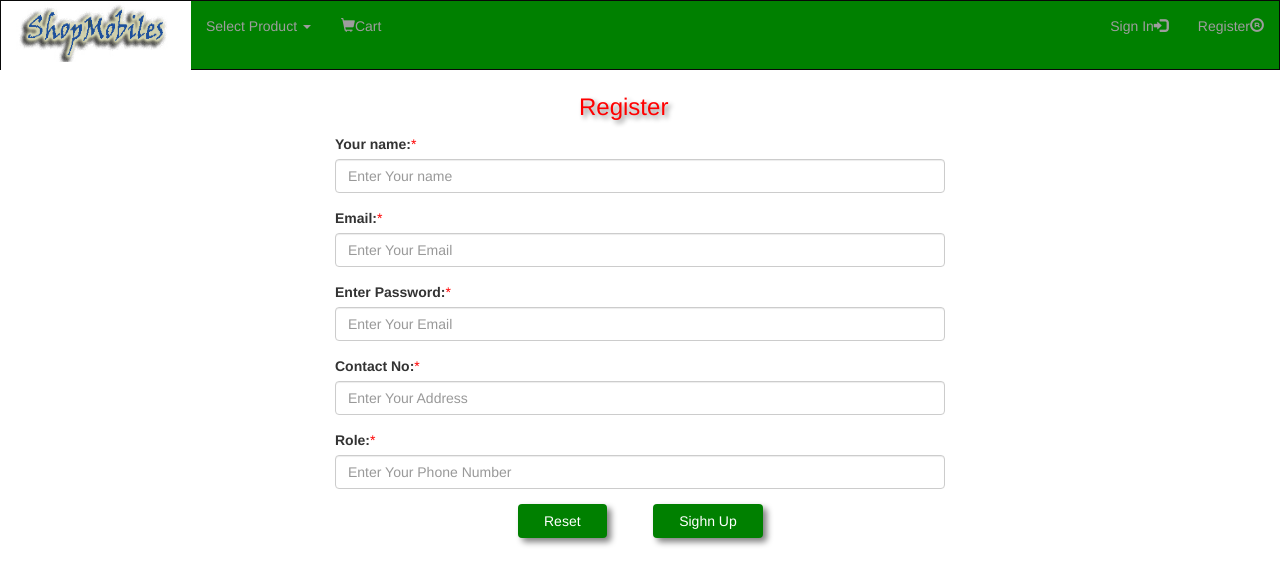
Repository: KoustabhBiswas/Final-Ecommerce-Project
Page: http://localhost/ecommerce1/WEB-INF/views/register.jsp
These files come from the project's save history. The page is drawn as it stood at one moment and after the next save; the edit follows.
The browser window is 1280 px wide. The pictures show the whole page.
Some web libraries are served in a nearby version. The page is served by Tomcat 9. Nobody is signed in. The template is opened directly, without the code that normally fills it, so the values that code supplies are empty.

Above is the page before, as saved 2017-09-17 12:19:13.

After the next save:
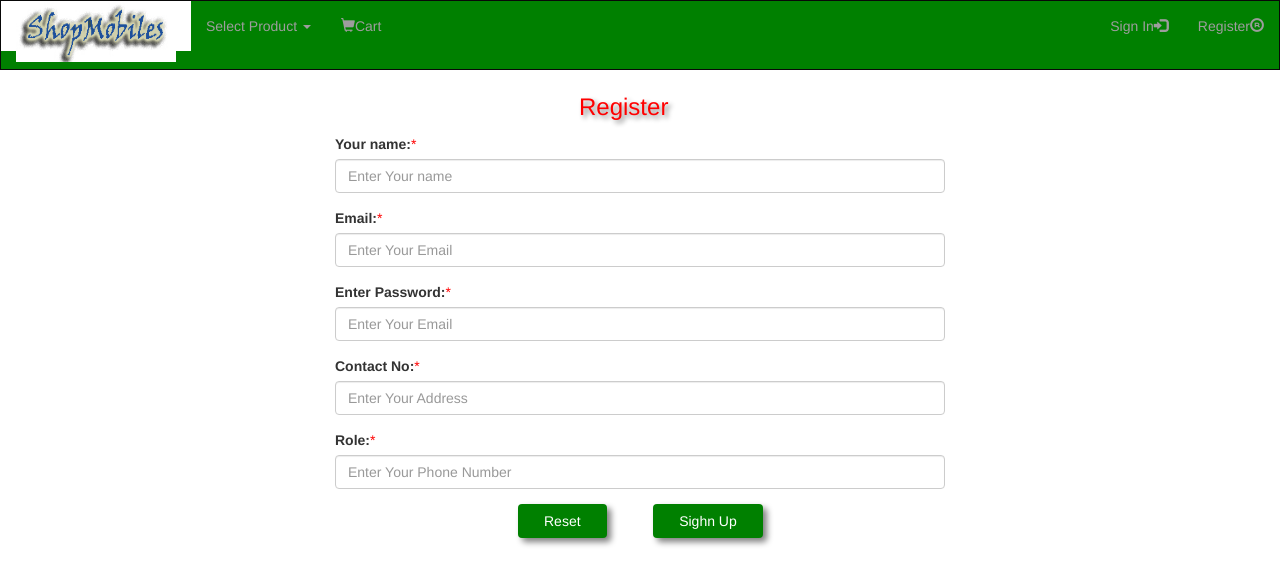
Saved 24 s later.
--- a/Final Ecommerce Project/Ecommerce_Project-master/project/ecommerce1/src/main/webapp/WEB-INF/views/shared/navbar.jsp
+++ b/Final Ecommerce Project/Ecommerce_Project-master/project/ecommerce1/src/main/webapp/WEB-INF/views/shared/navbar.jsp
@@ -15,7 +15,7 @@ nav {
 		style="background-color: green; border-radius: 0px; color: white; height:70px">
 		<div class="container-fluid">
 			<div class="navbar-header" >
-				<a class="navbar-brand" href="home" style="background-color:white; height:69px"><img
+				<a class="navbar-brand" href="home" style="background-color:white; height:50px"><img
 					src="<c:url value="/resources/images/shopmobiles4.jpg" />" height=60px width=160px style="margin-top:-9%"></a>
 			</div>
 			<ul class="nav navbar-nav">
